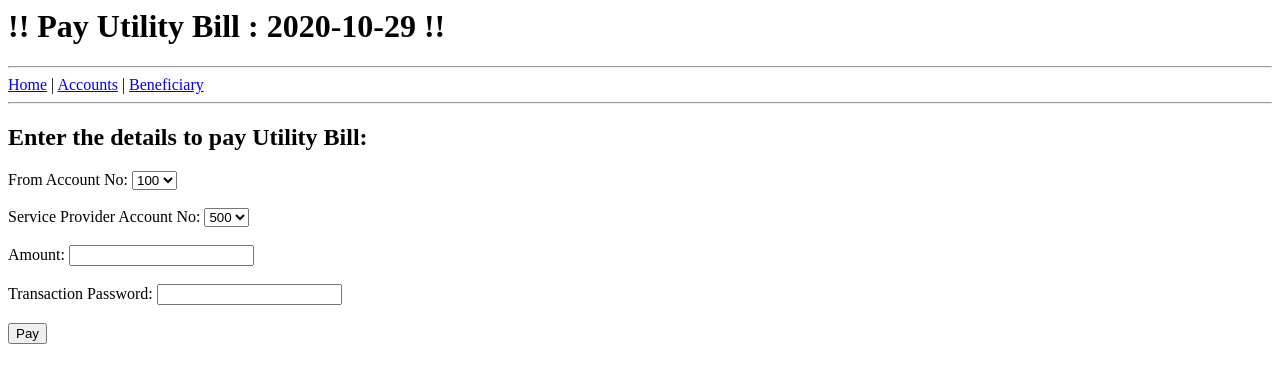
Repository: anik84/ibs
Page: http://localhost/IBS/user_pay_utility_bills_form.jsp
An editor plug-in stored every save of this project. The page is shown before and after the next save, followed by the edit.
The browser window is 1280 px wide. The pictures show the whole page.
The page is served by Tomcat 9.

Above is the page before, as saved 2020-11-01 07:04:30.

After the next save:
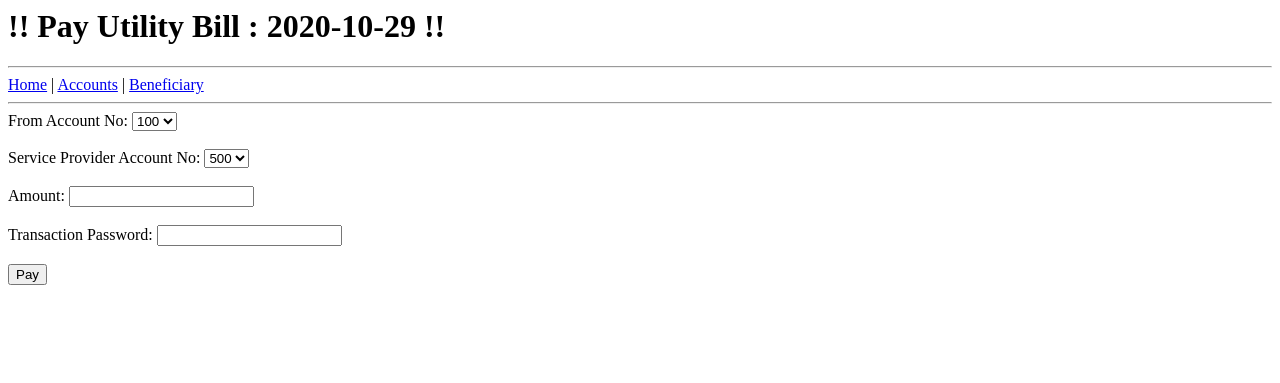
Saved 52 s later.
--- a/IBS_JSPs/IBS/WebContent/user_pay_utility_bills_form.jsp
+++ b/IBS_JSPs/IBS/WebContent/user_pay_utility_bills_form.jsp
@@ -11,7 +11,6 @@
 	</h1>
 	<jsp:include page="user_home_menu.jsp" />
 
-	<h2>Enter the details to pay Utility Bill:</h2>
 	<form action="utilitybill" method="POST">
 
 		<!-- This should be populated from the account details DB -->
